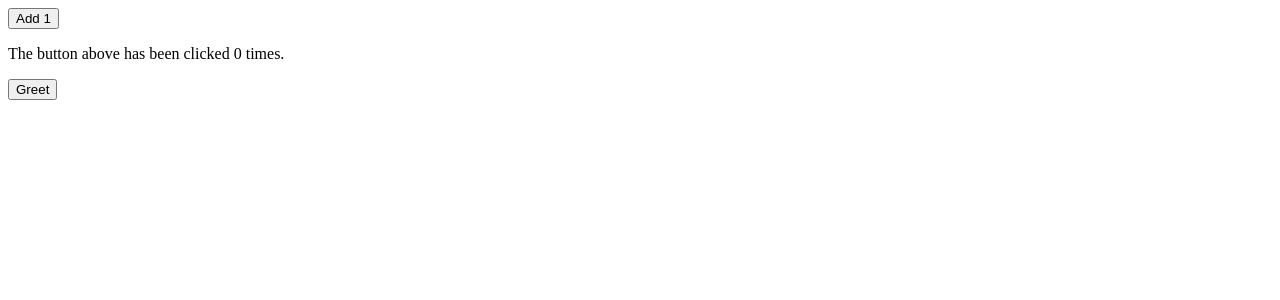
Repository: MeghaNagari/PracticeAtVMC
Page: Practice/VuePractice/WebContent/EventHandling.html
The author's editor kept a copy of each file at every save. The page is drawn from the files as they stood at one save, then again after the next save.
The browser window is 1280 px wide. The pictures show the whole page.
Some web libraries are served in a nearby version.

Above is the page before, as saved 2018-03-20 06:10:40.

### Practice/VuePractice/WebContent/EventHandling.html
<!DOCTYPE html>
<html>
<head>
<meta charset="UTF-8">
<title>Insert title here</title>
<script src="https://cdn.jsdelivr.net/npm/vue@2.5.16/dist/vue.js"></script>

</head>
<body>
	<div id="test1">
		<button v-on:click="counter += 1">Add 1</button>
		<p>The button above has been clicked {{ counter }} times.</p>
	</div>

	<div id="test2">


		<!-- `greet` is the name of a method defined below -->
		<button v-on:click="greet">Greet</button>
	</div>


</body>

<script>
	var example1 = new Vue({
		el : '#test1',
		data : {
			counter : 0
		}
	})
</script>


<script>


var example2 = new Vue({
	  el: '#test2',
	  data: {
	    name: 'Vue.js'
	  },
	  // define methods under the `methods` object
	  methods: {
	    greet: function (event) {
	      // `this` inside methods points to the Vue instance
	      alert('Hello ' + this.name + '!')
	      // `event` is the native DOM event
	      if (event) {
	        alert(event.target.tagName)
	      }
	    }
	  }
	})
	example2.greet();





</script>

</html>

After the next save:
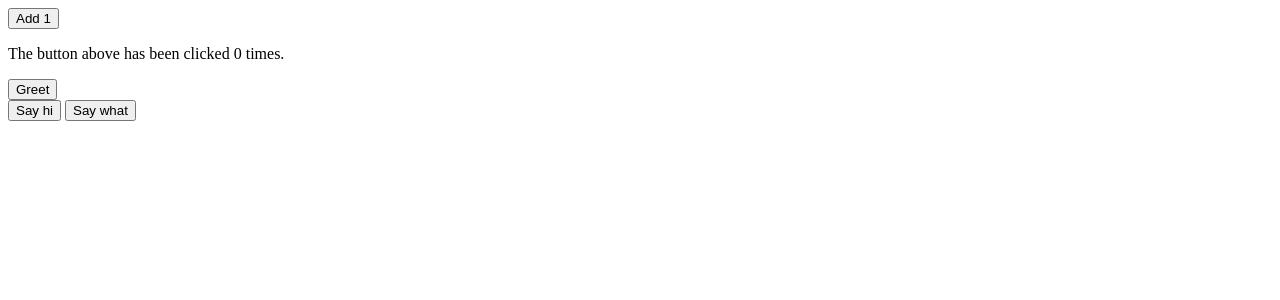
Saved 104 s later.
--- a/Practice/VuePractice/WebContent/EventHandling.html
+++ b/Practice/VuePractice/WebContent/EventHandling.html
@@ -19,6 +19,11 @@
 		<button v-on:click="greet">Greet</button>
 	</div>
 
+	<div id="example-3">
+		<button v-on:click="say('hi')">Say hi</button>
+		<button v-on:click="say('what')">Say what</button>
+	</div>
+
 
 </body>
 
@@ -33,30 +38,37 @@
 
 
 <script>
+	var example2 = new Vue({
+		el : '#test2',
+		data : {
+			name : 'Vue.js'
+		},
+		// define methods under the `methods` object
+		methods : {
+			greet : function(event) {
+				// `this` inside methods points to the Vue instance
+				alert('Hello ' + this.name + '!')
+				// `event` is the native DOM event
+				if (event) {
+					alert(event.target.tagName)
+				}
+			}
+		}
+	})
+	example2.greet();
+</script>
 
 
-var example2 = new Vue({
-	  el: '#test2',
-	  data: {
-	    name: 'Vue.js'
-	  },
-	  // define methods under the `methods` object
+<script>
+
+new Vue({
+	  el: '#example-3',
 	  methods: {
-	    greet: function (event) {
-	      // `this` inside methods points to the Vue instance
-	      alert('Hello ' + this.name + '!')
-	      // `event` is the native DOM event
-	      if (event) {
-	        alert(event.target.tagName)
-	      }
+	    say: function (message) {
+	      alert(message)
 	    }
 	  }
 	})
-	example2.greet();
-
-
-
-
 
 </script>
 
